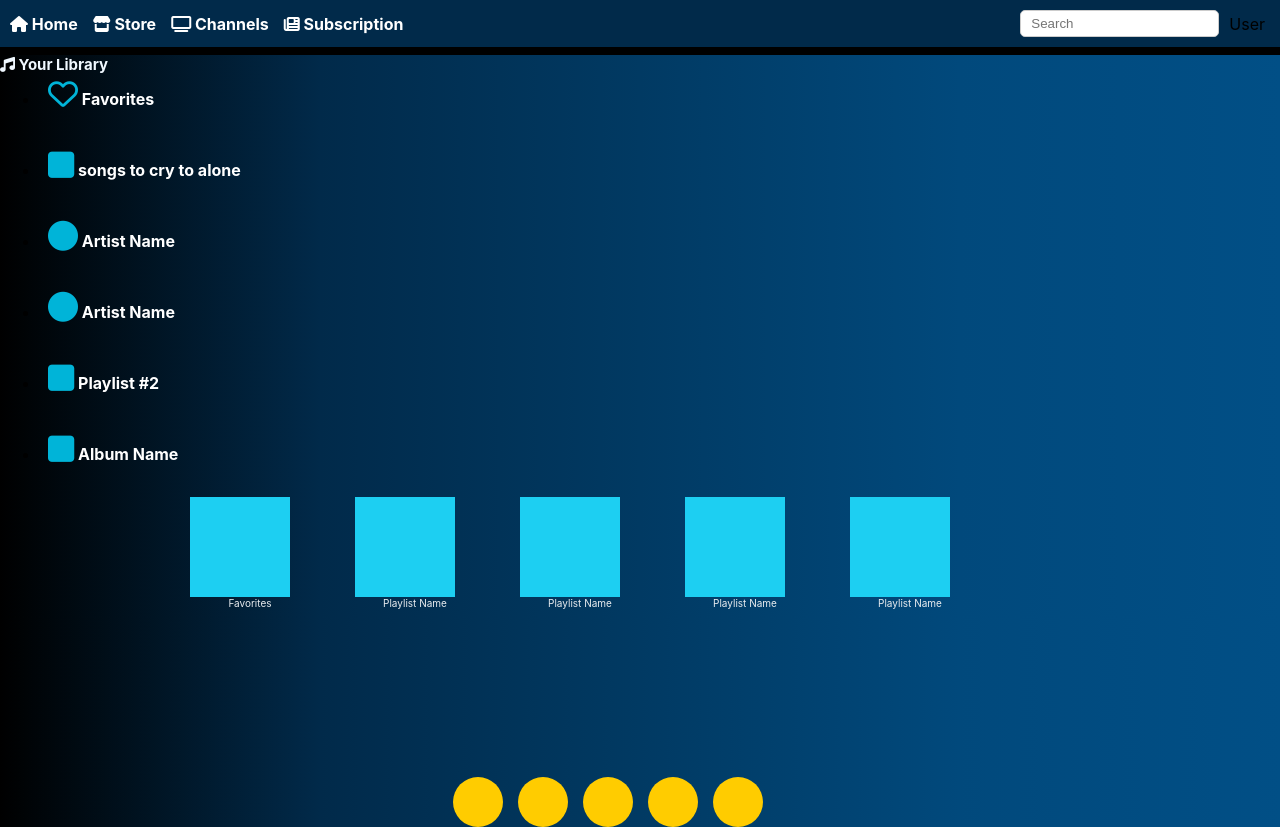
Repository: gordonnrat/group-2-project
Page: / (app in source-code/)
These files come from the project's save history. The page is drawn as it stood at one moment and after the next save; the edit follows.
The browser window is 1280 px wide. The pictures show the whole page.
The project was rebuilt for these pictures with package versions that can differ from the ones it lists, and the page was loaded fresh each time. Also part of the build but not shown: source-code/src/App.css, source-code/src/App.js, source-code/src/components/pages/Login.js.

Above is the page before, as saved 2023-07-29 21:28:12.

### source-code/src/index.js
import React from 'react';
import ReactDOM from 'react-dom';
import './index.css';
import reportWebVitals from './reportWebVitals';
import {
  BrowserRouter as Router,
  Routes,
  Route,
  Link
} from "react-router-dom";

import App from './App';
import Home from './components/pages/Home';
import Login from './components/pages/Login';

ReactDOM.render(
  <React.StrictMode>
    <Router>
      <Routes>
        <Route path="/" element={<Home />} />
        <Route path="/login" element={<Login />} />
        {/* Add more routes here */}
        <Route path="/group-2-project" element={<Link to="/" />} />
      </Routes>
    </Router>
  </React.StrictMode>,
  document.getElementById('root')
);

// If you want to start measuring performance in your app, pass a function
// to log results (for example: reportWebVitals(console.log))
// or send to an analytics endpoint. Learn more: https://bit.ly/CRA-vitals
reportWebVitals();

### source-code/src/index.css
body {
  margin: 0;
  font-family: -apple-system, BlinkMacSystemFont, 'Segoe UI', 'Roboto', 'Oxygen',
    'Ubuntu', 'Cantarell', 'Fira Sans', 'Droid Sans', 'Helvetica Neue',
    sans-serif;
  -webkit-font-smoothing: antialiased;
  -moz-osx-font-smoothing: grayscale;
}

code {
  font-family: source-code-pro, Menlo, Monaco, Consolas, 'Courier New',
    monospace;
}

body {
  background: linear-gradient(0.25turn,black,#012A4A, #013A63, #01497C,#014F86);


}

### source-code/src/components/pages/Home.js
// Home.js

import React from "react";
import { Link } from "react-router-dom";
import Navbar from "../Navbar";
import "./js.css";

function Home() {
  return (
    <div>
      <Navbar />
      <h1 className="top-heading">
        <i className="fas fa-music"></i> Your Library
      </h1>
      <div className="main-container">
        <div className="squares-container">
          {/* Square 1 */}
          <Link to="/favorites">
            <div className="square-container">
              <div className="text">Favorites</div>
              <div className="square square-red"></div>
            </div>
          </Link>

          {/* Square 2 */}
          <Link to="/Playlist">
            <div className="square-container">
              <div className="text">Playlist Name</div>
              <div className="square square-blue"></div>
            </div>
          </Link>

          {/* Square 3 */}
          <Link to="/Playlist">
            <div className="square-container">
              <div className="text">Playlist Name</div>
              <div className="square square-green"></div>
            </div>
          </Link>

          {/* Square 4 */}
          <Link to="/Playlist">
            <div className="square-container">
              <div className="text">Playlist Name</div>
              <div className="square square-orange"></div>
            </div>
          </Link>

          {/* Square 5 */}
          <Link to="/Playlist">
            <div className="square-container">
              <div className="text">Playlist Name</div>
              <div className="square square-purple"></div>
            </div>
          </Link>
        </div>

        <div className="circles-container">
          {/* Circle 1 */}
          <Link to="/Playlist">
            <div className="circle-container">
              <div className="circle"></div>
            </div>
          </Link>

          {/* Circle 2 */}
          <Link to="/Playlist">
            <div className="circle-container">
              <div className="circle"></div>
            </div>
          </Link>

          {/* Circle 3 */}
          <Link to="/Playlist">
            <div className="circle-container">
              <div className="circle"></div>
            </div>
          </Link>

          {/* Circle 4 */}
          <Link to="/Playlist">
            <div className="circle-container">
              <div className="circle"></div>
            </div>
          </Link>

          {/* Circle 5 */}
          <Link to="/Playlist">
            <div className="circle-container">
              <div className="circle"></div>
            </div>
          </Link>
        </div>
      </div>
    </div>
  );
}

export default Home;

### source-code/src/components/Navbar.js
import React from "react";
import { Link } from "react-router-dom";
import "./Navbar.css";
import "@fortawesome/fontawesome-free/css/all.min.css";

function Navbar() {
  return (
    <div>
      {/* Main Navbar */}
      <nav className="navbar">
        <ul className="left-nav">
          <li>
            <Link to="/">
              <i className="fas fa-home"></i> Home
            </Link>
          </li>
          <li>
            <Link to="/Store">
              <i className="fas fa-store"></i> Store
            </Link>
          </li>
          <li>
            <Link to="/Channels">
              <i className="fas fa-tv"></i> Channels
            </Link>
          </li>
          <li>
            <Link to="/Subscription">
              <i className="fas fa-newspaper"></i> Subscription
            </Link>
          </li>
        </ul>
        <div className="right-nav">
          <input type="text" placeholder="Search" />
          <div className="user-section">
            {/* Your user-related elements can go here */}
            <span>User</span>
          </div>
        </div>
      </nav>

      {/* Sidebar */}
      <aside className="sidebar">
        {/* Your sidebar content can go here */}
        <ul>
          <li>
            <Link to="/Favorites">
              <i className="far fa-heart"></i> Favorites
            </Link>
          </li>
          <li>
            <Link to="/songs to cry to alone">
              <i className="fas fa-square"></i> songs to cry to alone

            </Link>
          </li>
          {/* Add more sidebar items as needed */}

          <li>
          <Link to="/Artist Name">
              <i className="fas fa-circle"></i> Artist Name
            </Link>
            </li>


            <li>
            <Link to="/Artist Name">
              <i className="fas fa-circle"></i> Artist Name
            </Link>
            </li>

            <li>
            <Link to="/Playlist">
              <i className="fas fa-square"></i> Playlist #2
            </Link>
            </li>
            <li>
            <Link to="/Album Name">
              <i className="fas fa-square"></i> Album Name
            </Link>
            </li>













        </ul>
      </aside>
    </div>
  );
}

export default Navbar;

### source-code/src/components/pages/js.css
/* js.css */

.main-container {
  display: flex;
  flex-direction: column;
  align-items: center;
  justify-content: center;
  margin-top: 20px;
}

.squares-container {
  display: flex;
  justify-content: space-between;
  max-width: 800px;
  margin: 0 auto;
}

.square-container {
  margin-right: 65px;
  position: relative;
}

.text {
  position: absolute;
  top: 100px;
  left: 10%;
  font-size: 10px;
  color: rgb(234, 237, 240);
  transform: translateX(-50%);
}

.square {
  width: 100px;
  height: 100px;
  background-color: rgb(29, 207, 242);
  top: 300px;
  left: 30%;
  transform: translateX(-50%);
}

.top-heading {
  position: absolute;
  top: 45px;
  left: 0;
  font-size: 15px;
  color: aliceblue;
}

/* Add styles for the circles */

.circles-container {
  display: flex;
  justify-content: center;
  align-items: flex-start;
  margin-top: 20px;
}

.circle-container {
  margin-right: 65px;
  position: relative;
}

.circle {
  width: 50px;
  height: 50px;
  border-radius: 50%;
  background-color: #ffcc00; /* You can set the color for the circles */
  position: absolute;
  top: 160px; /* Adjust the vertical position of the circles below the squares */
  left: 30%; /* Horizontally center the circles */
  transform: translateX(-50%);
}

### source-code/src/components/Navbar.css

/* Navbar.css */

/* Navbar.css */

.navbar {
    background-color: #012A4A;
    padding: 10px;
    display: flex;
    justify-content: space-between;
    align-items: center;

    /* Add border line to the bottom of the navigation bar */
    border-bottom: 8px solid black; /* Replace #fff with your desired border color */
}



.left-nav {
    list-style-type: none;
    margin: 0;
    padding: 0;
    display: flex;
    align-items: center;
}

.left-nav li {
    margin-right: 15px;
}

.left-nav li:last-child {
    margin-right: 0;
}

.left-nav li a {
    text-decoration: none;
    color:white;

    font-size: 16px;
    font-weight: bold;
}

.left-nav li a:hover {
    color: white;
}

.right-nav {
    display: flex;
    align-items: center;
}

.right-nav input[type="text"] {
    padding: 5px 10px;
    border: 1px solid #ccc;
    border-radius: 5px;
    margin-right: 10px;
}

.user-section {
    display: flex;
    align-items: center;
}

.user-section span {
    margin-right: 5px;
}

.user-section img {
    width: 30px;
    height: 30px;
    border-radius: 50%;
}




  .sidebar li a {
    display: block;
    padding: 8px;
    color: white;
    text-decoration: none;
    position: relative;
  }

  .sidebar li {
    margin-bottom: 25px; /* Add space between each sidebar item */
  }

  .sidebar li a i {
    font-size: 30px;
    color: #00B4D8;
    position: relative;
    z-index: 2; /* Set z-index to place the icons in front of the border line */
  }


  .sidebar li a {
    text-decoration: none;
    color: white;
    font-size: 16px;
    font-weight: bold;
}

Loaded but not shown: source-code/public/index.html (common file); source-code/src/reportWebVitals.js (common file)

After the next save:
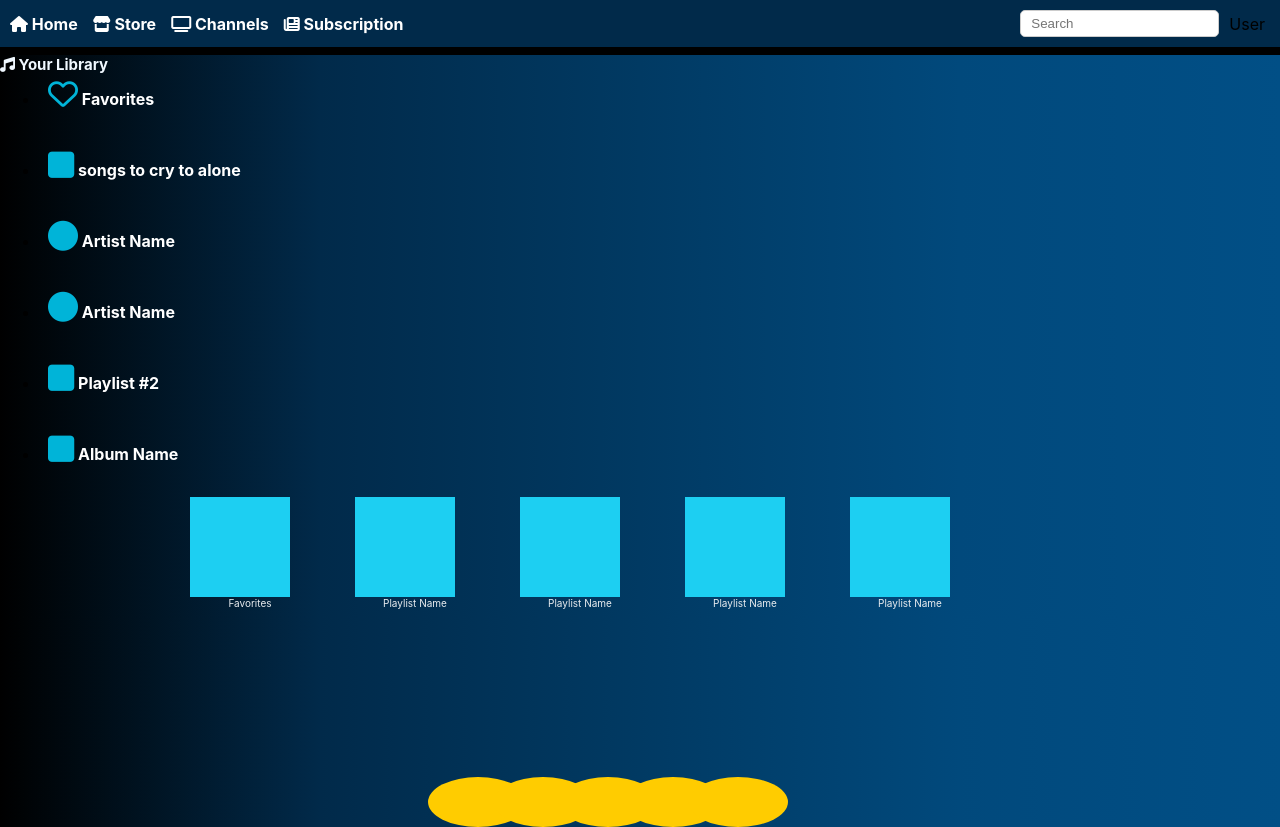
Saved 37 s later.
--- a/source-code/src/components/pages/js.css
+++ b/source-code/src/components/pages/js.css
@@ -61,7 +61,7 @@
 }
 
 .circle {
-  width: 50px;
+  width: 100px;
   height: 50px;
   border-radius: 50%;
   background-color: #ffcc00; /* You can set the color for the circles */

After the 2 saves that followed:
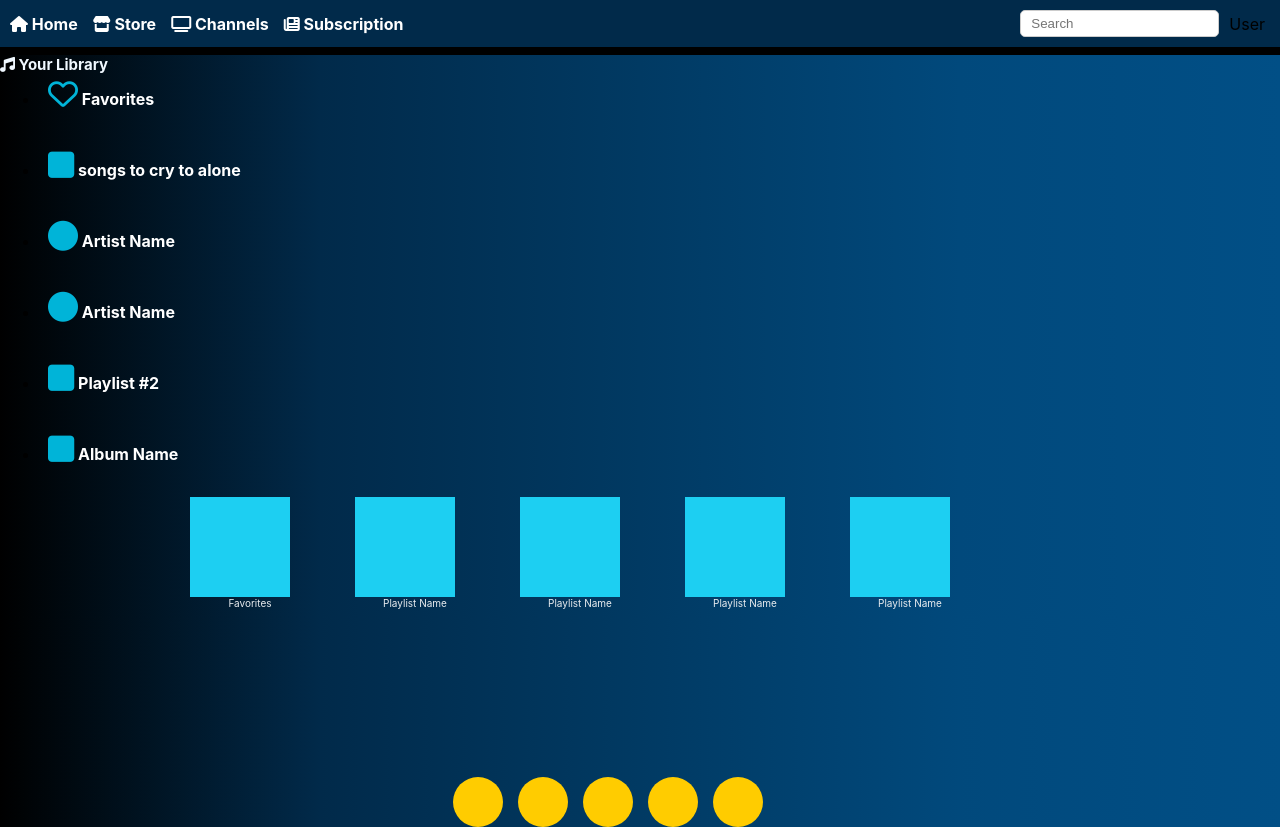
The 2 saves are shown as one change because they came seconds apart.
The last was saved 6 s later.
--- a/source-code/src/components/pages/js.css
+++ b/source-code/src/components/pages/js.css
@@ -61,7 +61,7 @@
 }
 
 .circle {
-  width: 100px;
+  width: 50px;
   height: 50px;
   border-radius: 50%;
   background-color: #ffcc00; /* You can set the color for the circles */
